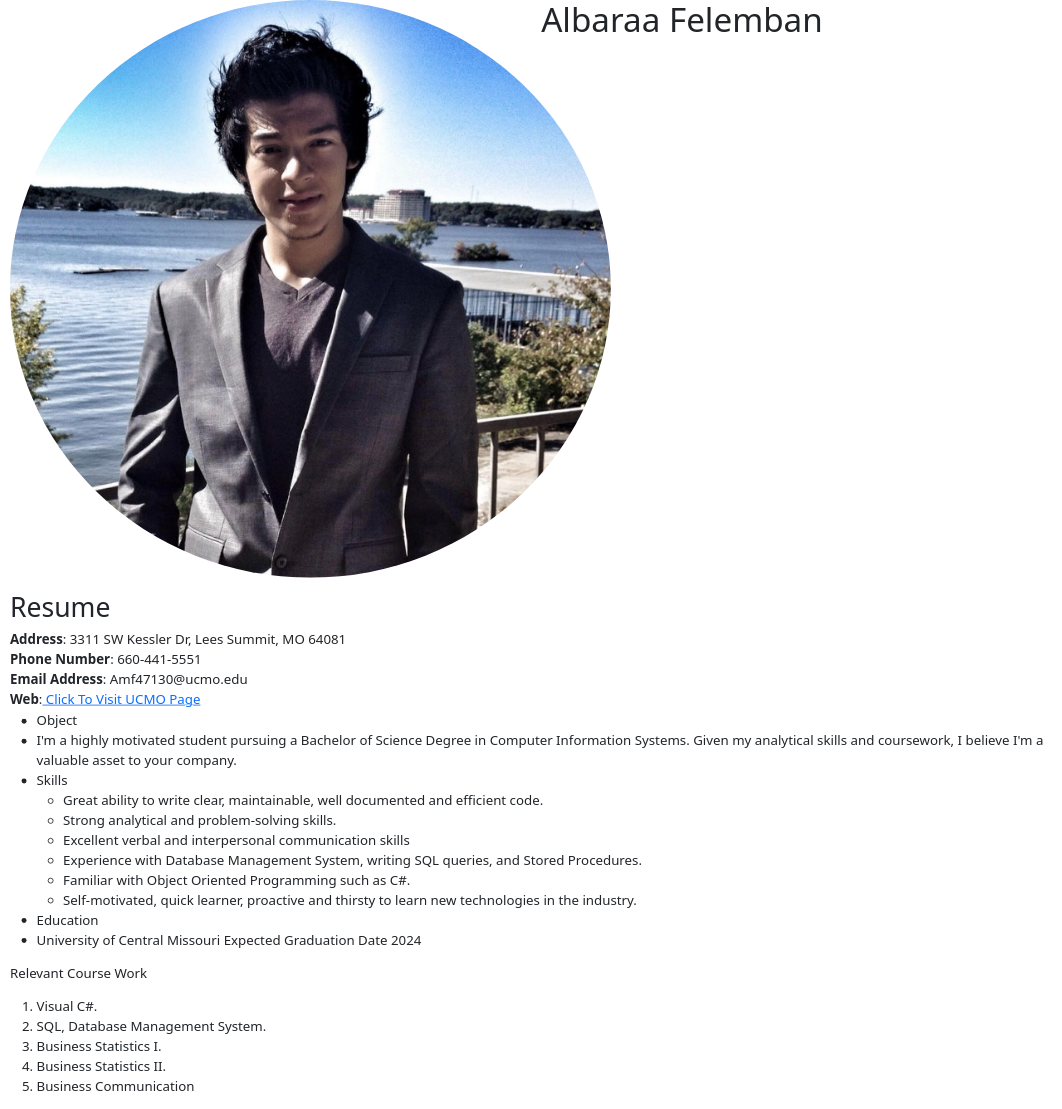
Repository: MrFelemban/RealEstate_Web-cis2625
Page: Lesson 8/index.html
The author's editor kept a record of every edit. The page is drawn from the files as they stood at one moment, then again after the next edit.
The browser window is 1280 px wide. The pictures show the whole page, at 83% of full size.

Above is the page before.

### Lesson 8/index.html
<!doctype html>
<html lang="en">
  <head>
    <meta charset="utf-8">
    <meta name="viewport" content="width=device-width, initial-scale=1">
    <title>Bootstrap demo</title>
    <link href="https://cdn.jsdelivr.net/npm/bootstrap@5.3.0-alpha1/dist/css/bootstrap.min.css" rel="stylesheet" integrity="sha384-GLhlTQ8iRABdZLl6O3oVMWSktQOp6b7In1Zl3/Jr59b6EGGoI1aFkw7cmDA6j6gD" crossorigin="anonymous">
  </head>
  <body>
      <div class="container-fluid">
  <div class="row">
    <div class="col-sm-3 col-md-6">
      <p>				<img src="PersonalPhoto.jpg"class="rounded-circle" alt="Albaraa Photo">
</p>
    </div>
    <div class="col-sm-9 col-md-6">
     	<h1> Albaraa Felemban</h1>
			</div>
			<h2>Resume</h2>
			<div class="myDiv">
				<b>Address</b>: 3311 SW Kessler Dr, Lees Summit, MO 64081</br>
				<b>Phone Number</b>: 660-441-5551</br>
				<b>Email Address</b>: Amf47130@ucmo.edu</br>
				<b>Web</b>:<a href=" http://www.ucmo.edu"> Click To Visit UCMO Page </a>
				</td>
      </div>
    <div class="row">
  </div>
</div>
	<table name="top" id="top">
		<tr>
			<td>
			</td>
			<div class="Div_Name">

		</tr>
		</div>
	</table>
	<ul>
		<li class="Subject">Object</li>

		<li id="Hook">I'm a highly motivated student pursuing a Bachelor of Science Degree in Computer Information Systems. Given my analytical skills and coursework, I believe I'm a valuable asset to your company.</li>

		<li class="Subject">Skills</li>

		<div class="Skills">
			<ul>
				<li>Great ability to write clear, maintainable, well documented and efficient code.</li>
				<li>Strong analytical and problem-solving skills.</li>
				<li>Excellent verbal and interpersonal communication skills</li>
				<li>Experience with Database Management System, writing SQL queries, and Stored Procedures.</li>
				<li>Familiar with Object Oriented Programming such as C#.</li>
				<li>Self-motivated, quick learner, proactive and thirsty to learn new technologies in the industry.</li>
			</ul>
		</div>
		<li class="Subject">Education</li>
		<li id="Education">
			University of Central Missouri Expected Graduation Date 2024
		</li>
	</ul>
	<p id="Courses">Relevant Course Work </p>
	<ol>
		<div class="Course_Work">
			<li>Visual C#.</li>
			<li>SQL, Database Management System.</li>
			<li>Business Statistics I.</li>
			<li>Business Statistics II.</li>
			<li>Business Communication</li>
		</div>
	</ol>    <script src="https://cdn.jsdelivr.net/npm/bootstrap@5.3.0-alpha1/dist/js/bootstrap.bundle.min.js" integrity="sha384-w76AqPfDkMBDXo30jS1Sgez6pr3x5MlQ1ZAGC+nuZB+EYdgRZgiwxhTBTkF7CXvN" crossorigin="anonymous"></script>
  </body>
</html>

After the next edit:
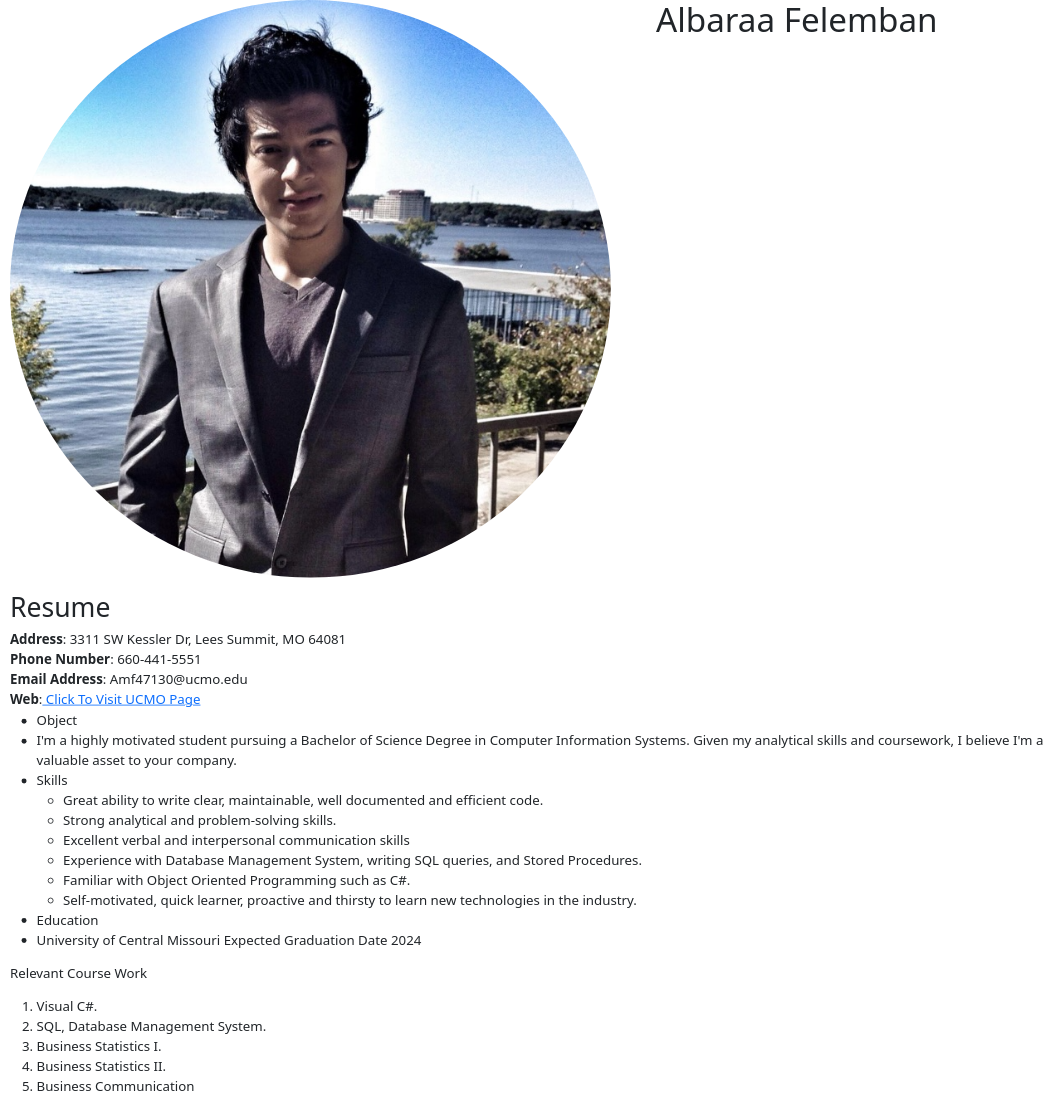
The edit:
--- a/Lesson 8/index.html
+++ b/Lesson 8/index.html
@@ -14,7 +14,8 @@
 </p>
     </div>
     <div class="col-sm-9 col-md-6">
-     	<h1> Albaraa Felemban</h1>
+
+     	<p class="h1 text-center"> Albaraa Felemban</p>
 			</div>
 			<h2>Resume</h2>
 			<div class="myDiv">
